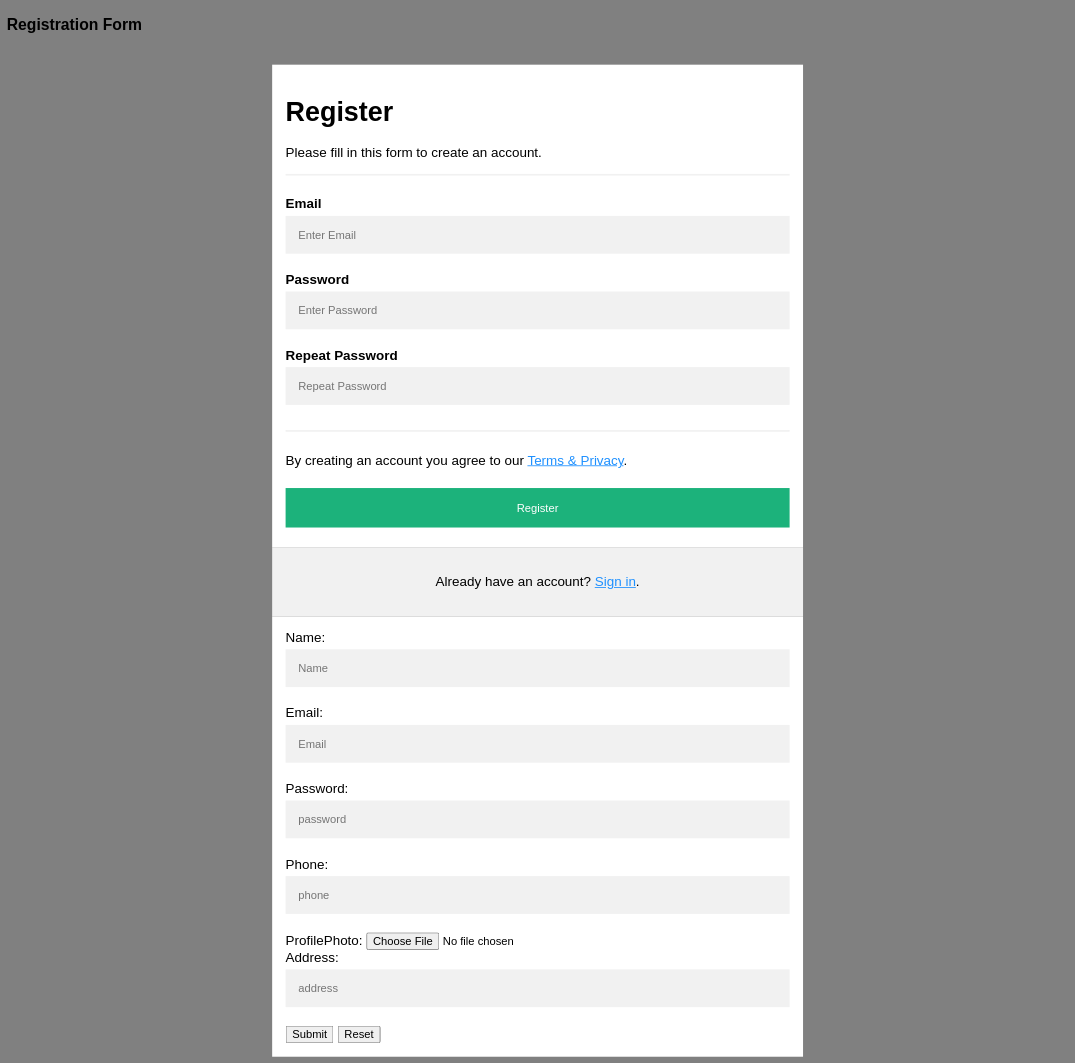
Repository: hemanthchallacs/learning_spring_boot
Page: http://localhost/RegistrationForm
The author's editor kept a copy of each file at every save. The page is drawn from the files as they stood at one save, then again after the next save.
The browser window is 1280 px wide. The pictures show the whole page, at 84% of full size.
The page is this project's Thymeleaf template; nobody is signed in. The template is opened directly, without the code that normally fills it, so the values that code supplies are empty.

Above is the page before, as saved 2021-07-12 17:03:24.

### ver1_elearning/src/main/resources/templates/RegistrationForm.html
<!DOCTYPE html>
<html xmlns:th ="http://www.thymeleaf.org">
<head>
<meta charset="ISO-8859-1">
<title>Registration from</title>
<style>
div {

  height: 50%;
  width: 50%;



	margin: auto;
}
body {
  font-family: Arial, Helvetica, sans-serif;
  background-color: gray;
}

* {
  box-sizing: border-box;
}

/* Add padding to containers */
.container {
  padding: 16px;
  background-color: white;
}

/* Full-width input fields */
input[type=text], input[type=password] {
  width: 100%;
  padding: 15px;
  margin: 5px 0 22px 0;
  display: inline-block;
  border: none;
  background: #f1f1f1;
}

input[type=text]:focus, input[type=password]:focus {
  background-color: #ddd;
  outline: none;
}

/* Overwrite default styles of hr */
hr {
  border: 1px solid #f1f1f1;
  margin-bottom: 25px;
}

/* Set a style for the submit button */
.registerbtn {
  background-color: #04AA6D;
  color: white;
  padding: 16px 20px;
  margin: 8px 0;
  border: none;
  cursor: pointer;
  width: 100%;
  opacity: 0.9;
}

.registerbtn:hover {
  opacity: 1;
}

/* Add a blue text color to links */
a {
  color: dodgerblue;
}

/* Set a grey background color and center the text of the "sign in" section */
.signin {
  background-color: #f1f1f1;
  text-align: center;
}
</style>
</head>
<body>
<h3>Registration Form</h3>
<br>


<form action="/action_page.php">
  <div class="container">
    <h1>Register</h1>
    <p>Please fill in this form to create an account.</p>
    <hr>

    <label for="email"><b>Email</b></label>
    <input type="text" placeholder="Enter Email" name="email" id="email" required>

    <label for="psw"><b>Password</b></label>
    <input type="password" placeholder="Enter Password" name="psw" id="psw" required>

    <label for="psw-repeat"><b>Repeat Password</b></label>
    <input type="password" placeholder="Repeat Password" name="psw-repeat" id="psw-repeat" required>
    <hr>
    <p>By creating an account you agree to our <a href="#">Terms & Privacy</a>.</p>

    <button type="submit" class="registerbtn">Register</button>
  </div>

  <div class="container signin">
    <p>Already have an account? <a href="#">Sign in</a>.</p>
  </div>
</form>




<form th:action=@{/registerUser}  th:object=${newuser}  method="post" enctype="multipart/form-data">
<!--  UserID:<input type="text" placeholder= "UserID" th:field=*{user_id}>-->
  <div class="container">
Name:<input type="text" placeholder= "Name" th:field=*{name}>
Email:<input type="text" placeholder= "Email" th:field=*{email}>
Password:<input type="password" placeholder= "password" th:field=*{password}>
Phone:<input type="text" placeholder= "phone" th:field=*{phone_no}>
ProfilePhoto:
<input type="file" accept="image/*"name="image">
<br>
Address:<input type="text" placeholder= "address" th:field=*{address}>

<input type="submit" name="Register">
<input type="reset" name= "Reset">
</div>


</form>


</body>
</html>

After the next save:
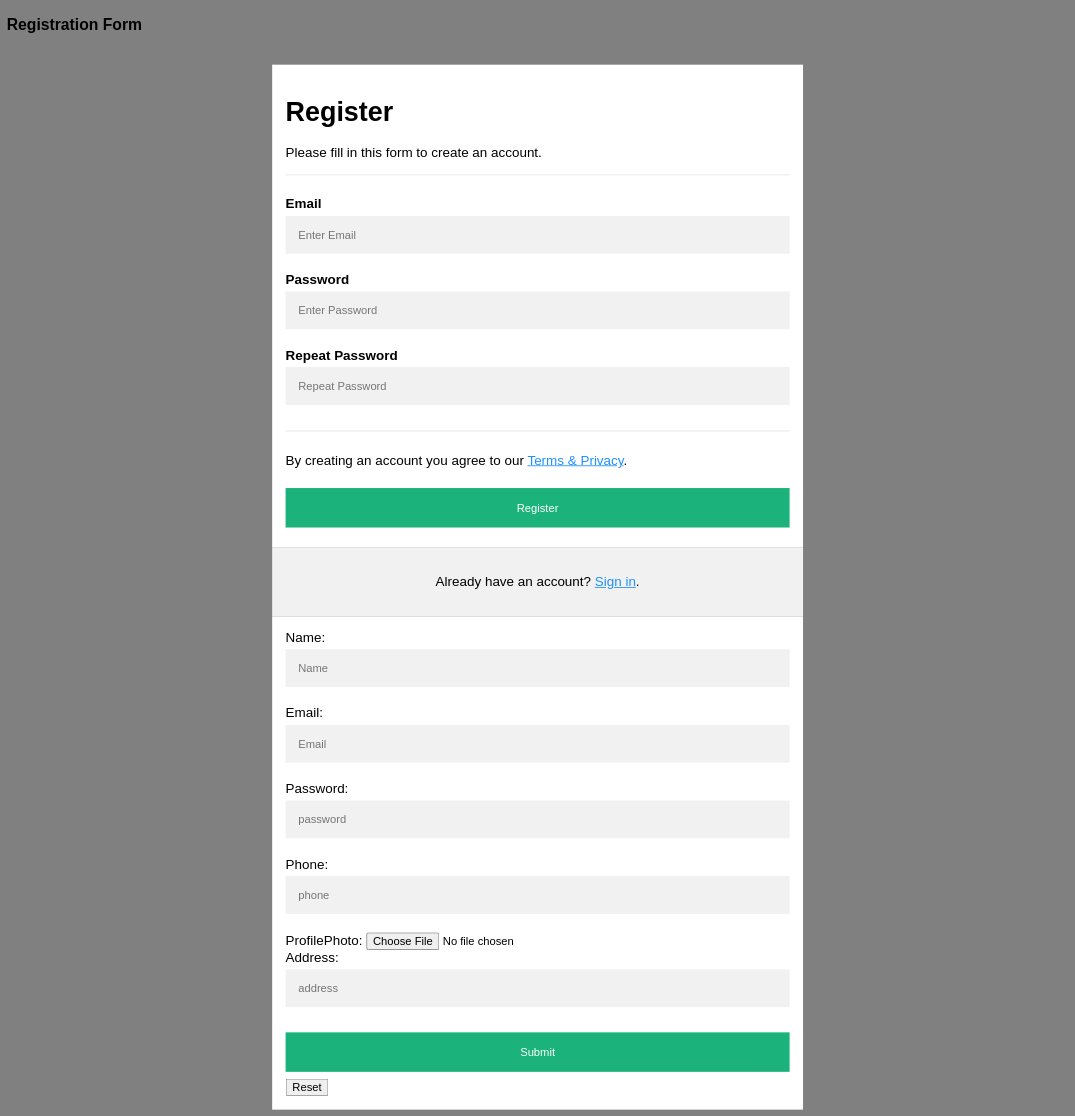
Saved 43 s later.
--- a/ver1_elearning/src/main/resources/templates/RegistrationForm.html
+++ b/ver1_elearning/src/main/resources/templates/RegistrationForm.html
@@ -122,7 +122,7 @@ ProfilePhoto:
 <br>
 Address:<input type="text" placeholder= "address" th:field=*{address}>
 
-<input type="submit" name="Register">
+<input  class="registerbtn" type="submit" name="Register">
 <input type="reset" name= "Reset">
 </div>
 
